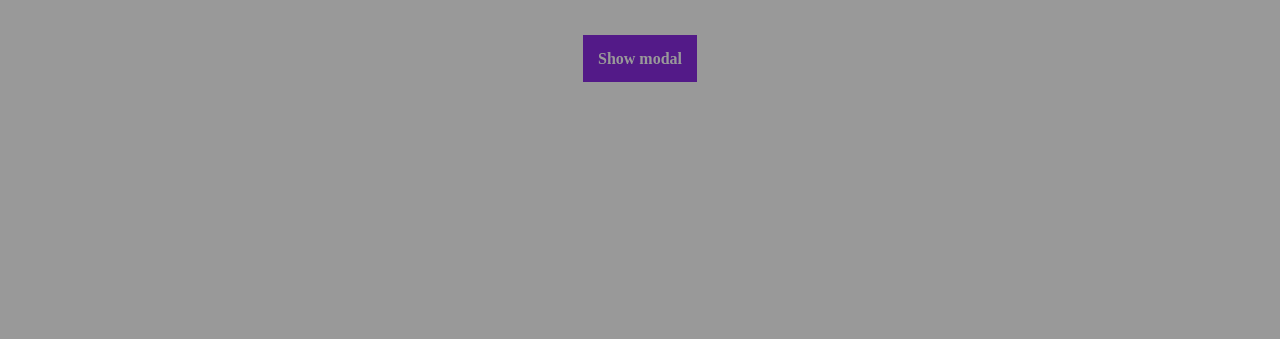
Repository: AnhTuan191298/sent-file-hoang
Page: js_modal/index.html
These files come from the project's save history. The page is drawn as it stood at one moment and after the next save; the edit follows.
The browser window is 1280 px wide. The pictures show the whole page.

Above is the page before, as saved 2021-02-01 13:57:09.

After the next save:
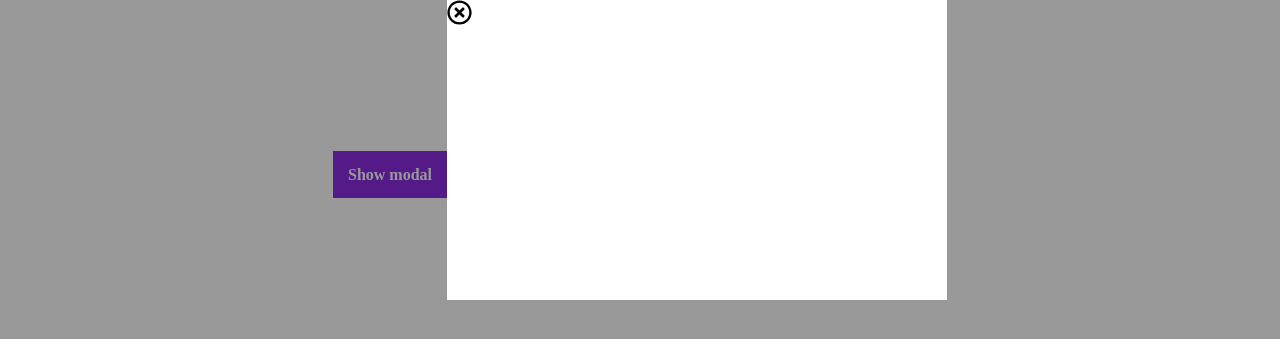
Saved 6 s later.
--- a/js_modal/index.html
+++ b/js_modal/index.html
@@ -33,7 +33,7 @@
             background-color: rgba(0, 0, 0, 0.4);
         }
         .modal_show {
-            display: none;
+            display: flex;
             align-items: center;
             justify-content: center;
             z-index: 999;
